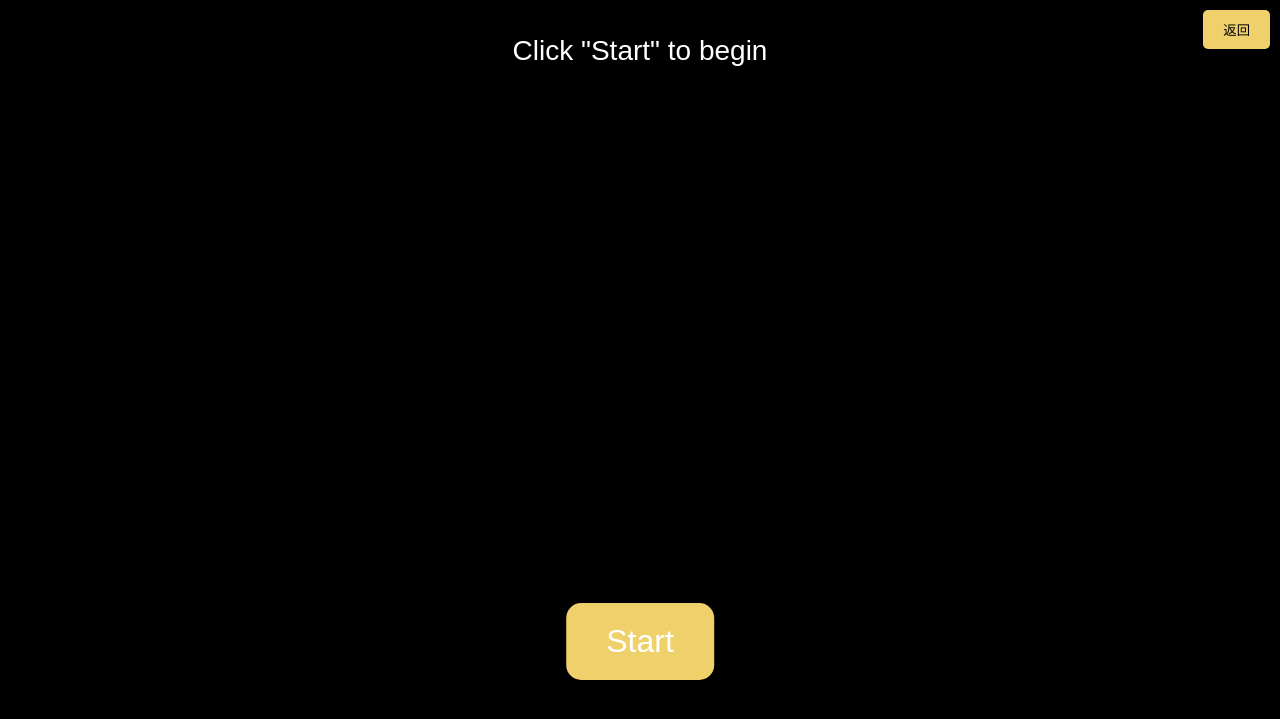
Repository: Jayhawk2000/AR_Game_DCD_Children
Page: challenge/balance/index.html
These files come from the project's save history. The page is drawn as it stood at one moment and after the next save; the edit follows.
The browser window is 1280 px wide. The pictures show the whole page.

Above is the page before, as saved 2024-10-07 17:03:08.

After the next save:
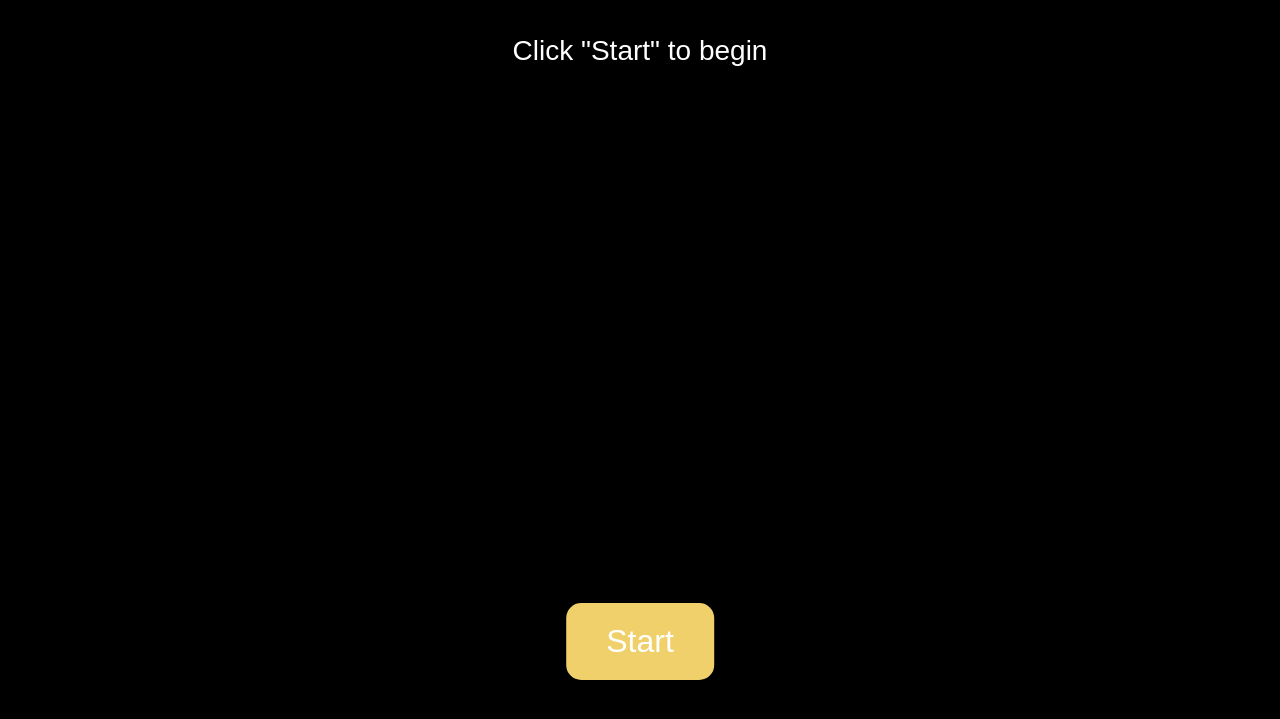
Saved 70 s later.
--- a/challenge/balance/index.html
+++ b/challenge/balance/index.html
@@ -28,7 +28,7 @@
       <button id="returnButton">Return to Start</button>
     </div>
 
-    <button id="backButton" class="back-button">返回</button>
+    <button id="backButton" class="back-button" style="display: none;">返回</button>
 
     <script
       src="https://cdn.jsdelivr.net/npm/@mediapipe/camera_utils/camera_utils.js"
